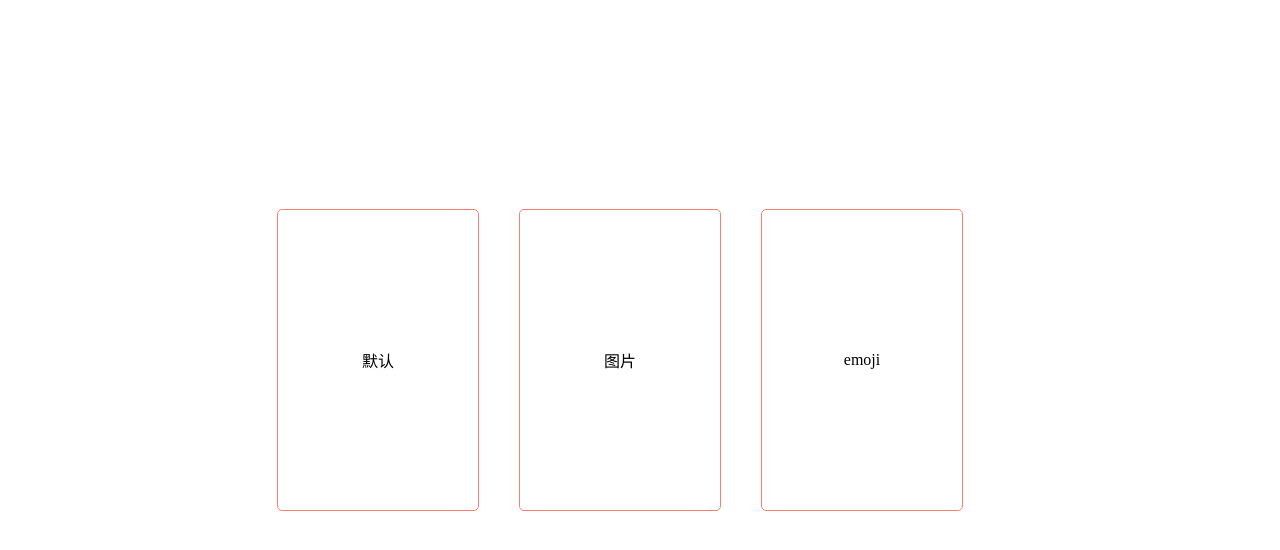
Repository: gyypwrs/css-practice
Page: DIY-cursor/index.html
These files come from the project's save history. The page is drawn as it stood at one moment and after the next save; the edit follows.
The browser window is 1280 px wide. The pictures show the whole page.

Above is the page before, as saved 2022-05-06 11:45:17.

After the next save:
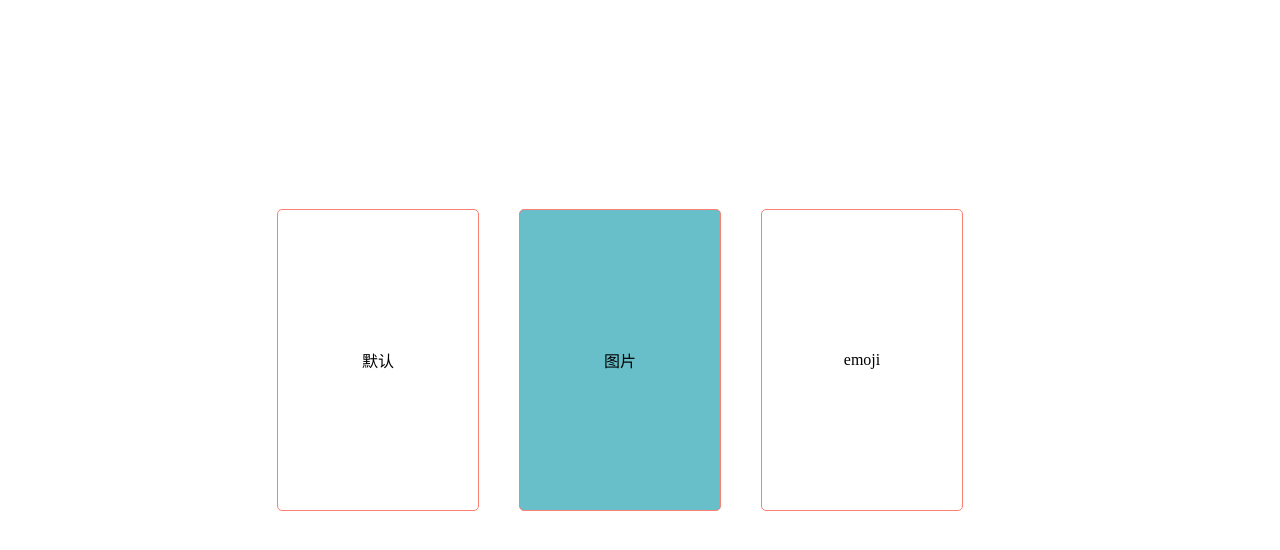
Saved 95 s later.
--- a/DIY-cursor/index.html
+++ b/DIY-cursor/index.html
@@ -4,7 +4,7 @@
  * @Author: Hongyu
  * @Date: 2022-05-06 10:36:30
  * @LastEditors: Hongyu
- * @LastEditTime: 2022-05-06 11:44:53
+ * @LastEditTime: 2022-05-06 11:46:52
 -->
 <!DOCTYPE html>
 <html>
@@ -34,6 +34,7 @@
         border: 1px solid salmon;
       }
       .box2 {
+        background-color: #68bfc9;
         cursor:url('./cat(1).jpg'), default;
       }
       p {
